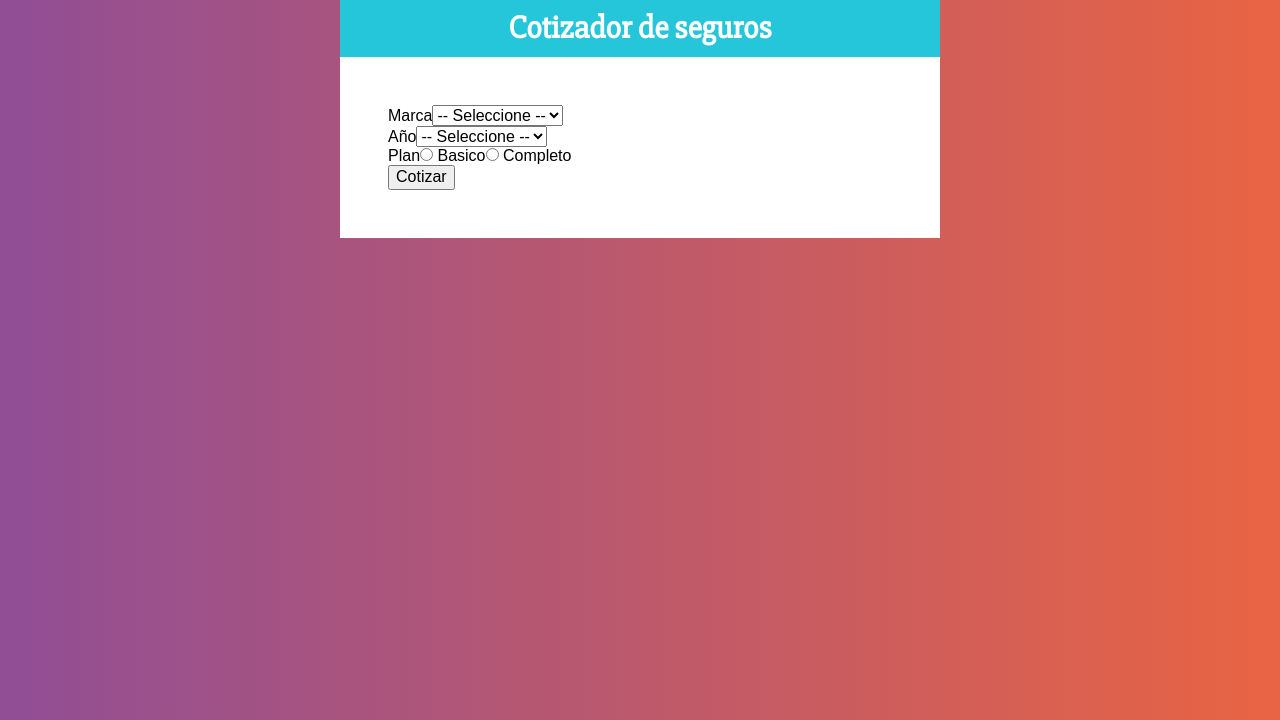
Repository: leonmezu1/cotizadorSeguroReact
Page: /
These files come from the project's save history. The page is drawn as it stood at one moment and after the next save; the edit follows.
The browser window is 1280 px wide. The pictures show the whole page.
The project was rebuilt for these pictures with package versions that can differ from the ones it lists, and the page was loaded fresh each time.

Above is the page before, as saved 2020-10-09 11:48:09.

After the next save:
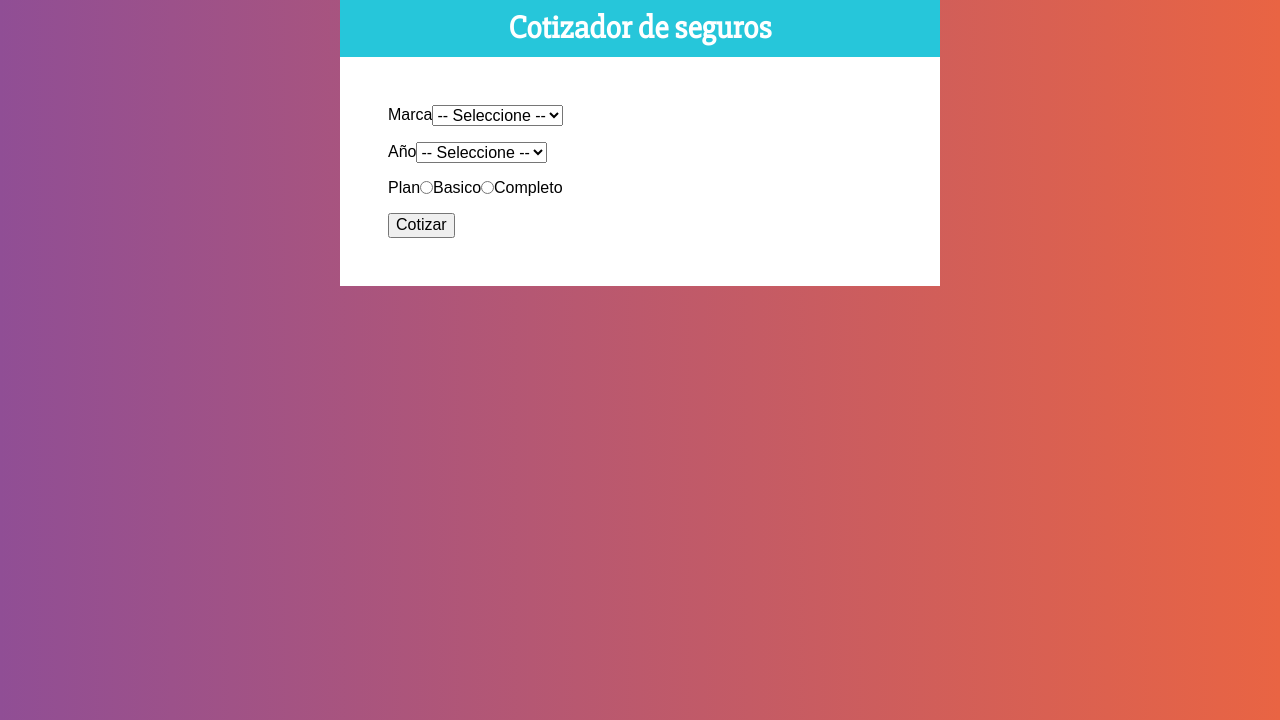
Saved 44 s later.
--- a/src/components/Formulario.js
+++ b/src/components/Formulario.js
@@ -10,7 +10,7 @@ const Campo = styled.div`
 const Formulario = () => {
   return (
     <form>
-      <div>
+      <Campo>
         <label>Marca</label>
         <select>
           <option value="">-- Seleccione --</option>
@@ -18,8 +18,8 @@ const Formulario = () => {
           <option value="europeo">Europeo</option>
           <option value="asiatico">Asiatico</option>
         </select>
-      </div>
-      <div>
+      </Campo>
+      <Campo>
         <label>Año</label>
         <select>
           <option value="">-- Seleccione --</option>
@@ -34,12 +34,12 @@ const Formulario = () => {
           <option value="2013">2013</option>
           <option value="2012">2012</option>
         </select>
-      </div>
-      <div>
+      </Campo>
+      <Campo>
         <label>Plan</label>
         <input type="radio" name="plan" value="basico" /> Basico
         <input type="radio" name="plan" value="completo" /> Completo
-      </div>
+      </Campo>
       <button type="button">Cotizar</button>
     </form>
   );
